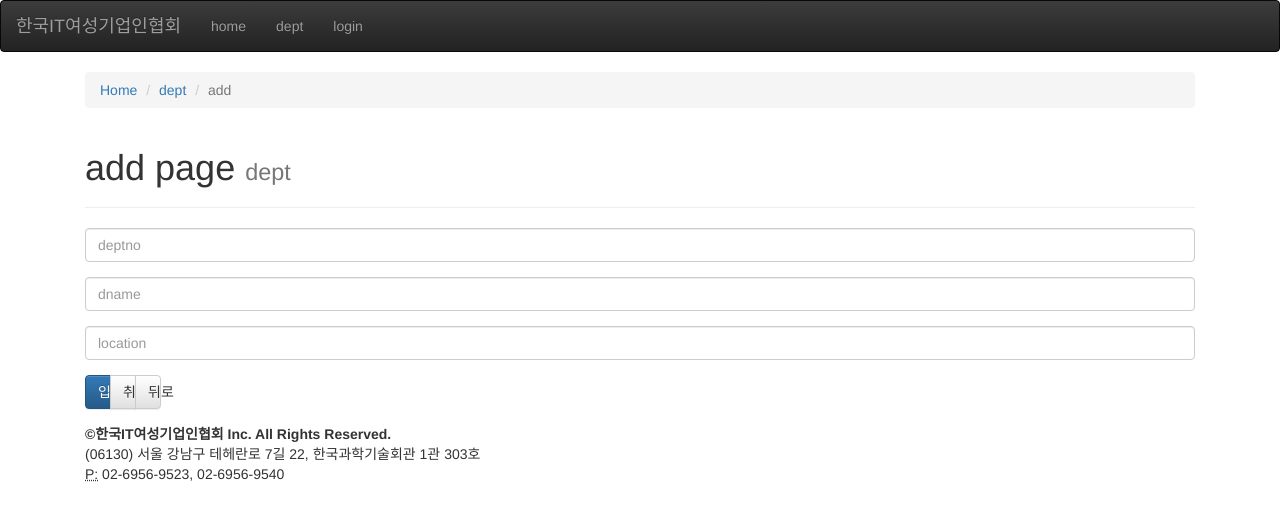
Repository: minho00123/sw-professional-training
Page: http://localhost/sts06/WEB-INF/views/dept/add.jsp
These files come from the project's save history. The page is drawn as it stood at one moment and after the next save; the edit follows.
The browser window is 1280 px wide. The pictures show the whole page.
The page is served by Tomcat 9. Nobody is signed in. Other server files are loaded and not shown. The template is opened directly, without the code that normally fills it, so the values that code supplies are empty.

Above is the page before, as saved 2025-05-20 07:37:38.
Console error (its wording comes from the project's code and is left out).

### stsWorkspace/sts06/src/main/webapp/WEB-INF/views/dept/add.jsp
<%@ page language="java" contentType="text/html; charset=UTF-8"
	pageEncoding="UTF-8"%>
<!DOCTYPE html>
<html>
<head>
<meta charset="UTF-8">
<title>Insert title here</title>
<%@ include file="../layout/header.jspf"%>
</head>
<body>
	<%@ include file="../layout/menu.jspf"%>
	<ol class="breadcrumb">
		<li><a href="${pageContext.request.contextPath }/">Home</a></li>
		<li><a href="${pageContext.request.contextPath }/dept/">dept</a></li>
		<li class="active">add</a></li>
	</ol>
	<div class="page-header">
		<h1>
			add page <small>dept</small>
		</h1>
	</div>
	<form action="add" method="post">
		<div class="form-group">
			<label class="sr-only"></label><input name="deptno"
				class="form-control" placeholder="deptno">
		</div>
		<div class="form-group">
			<label class="sr-only"></label><input name="dname"
				class="form-control" placeholder="dname">
		</div>
		<div class="form-group">
			<label class="sr-only"></label><input name="loc" class="form-control"
				placeholder="location">
		</div>
		<div class="form-group">
			<div class="btn-group btn-group-justified" role="group"
				aria-label="...">
				<button class="btn btn-primary" type="submit">입력</button>
				<button class="btn btn-default" type="reset">취소</button>
				<button class="btn btn-default" type="button"
					onclick="history.back();">뒤로</button>
			</div>
		</div>
	</form>
	<%@ include file="../layout/footer.jspf"%>
</body>
</html>

### stsWorkspace/sts06/src/main/webapp/WEB-INF/views/layout/header.jspf
<%@ page language="java" contentType="text/html; charset=UTF-8"
    pageEncoding="UTF-8"%>
<%@ taglib prefix="c" uri="http://java.sun.com/jsp/jstl/core"%>
<!-- Latest compiled and minified CSS -->
<link rel="stylesheet"
	href="https://cdn.jsdelivr.net/npm/bootstrap@3.4.1/dist/css/bootstrap.min.css"
	integrity="sha384-HSMxcRTRxnN+Bdg0JdbxYKrThecOKuH5zCYotlSAcp1+c8xmyTe9GYg1l9a69psu"
	crossorigin="anonymous">

<!-- Optional theme -->
<link rel="stylesheet"
	href="https://cdn.jsdelivr.net/npm/bootstrap@3.4.1/dist/css/bootstrap-theme.min.css"
	integrity="sha384-6pzBo3FDv/PJ8r2KRkGHifhEocL+1X2rVCTTkUfGk7/0pbek5mMa1upzvWbrUbOZ"
	crossorigin="anonymous">

<!-- Latest compiled and minified JavaScript -->
<script
	src="https://cdn.jsdelivr.net/npm/bootstrap@3.4.1/dist/js/bootstrap.min.js"
	integrity="sha384-aJ21OjlMXNL5UyIl/XNwTMqvzeRMZH2w8c5cRVpzpU8Y5bApTppSuUkhZXN0VxHd"
	crossorigin="anonymous"></script>

<!-- jQuery (necessary for Bootstrap's JavaScript plugins) -->
<script src="https://code.jquery.com/jquery-1.12.4.min.js"
	integrity="sha384-nvAa0+6Qg9clwYCGGPpDQLVpLNn0fRaROjHqs13t4Ggj3Ez50XnGQqc/r8MhnRDZ"
	crossorigin="anonymous"></script>

### stsWorkspace/sts06/src/main/webapp/WEB-INF/views/layout/menu.jspf
<%@ page language="java" contentType="text/html; charset=UTF-8"
    pageEncoding="UTF-8"%>
<nav class="navbar navbar-inverse">
		<div class="container-fluid">
			<div class="navbar-header">
				<a class="navbar-brand" href="${pageContext.request.contextPath }/">
					한국IT여성기업인협회 </a>
			</div>
			<div class="collapse navbar-collapse"
				id="bs-example-navbar-collapse-1">
				<ul class="nav navbar-nav">
					<li><a href="${pageContext.request.contextPath }/">home</a></li>
					<li><a href="${pageContext.request.contextPath }/dept/">dept</a></li>
					<li><a href="${pageContext.request.contextPath }/login/">login</a></li>
				</ul>
			</div>
		</div>
	</nav>
	<div class="container">
		<div class="col-md-12">
			<!-- begin -->

### stsWorkspace/sts06/src/main/webapp/WEB-INF/views/layout/footer.jspf
<%@ page language="java" contentType="text/html; charset=UTF-8"
    pageEncoding="UTF-8"%>
			<!-- end -->
		</div>
		<div class="col-md-12">
			<address>
				<strong>©한국IT여성기업인협회 Inc. All Rights Reserved.</strong><br>
				(06130) 서울 강남구 테헤란로 7길 22, 한국과학기술회관 1관 303호 <br> <abbr
					title="Phone">P:</abbr> 02-6956-9523, 02-6956-9540
			</address>
		</div>
	</div>

After the next save:
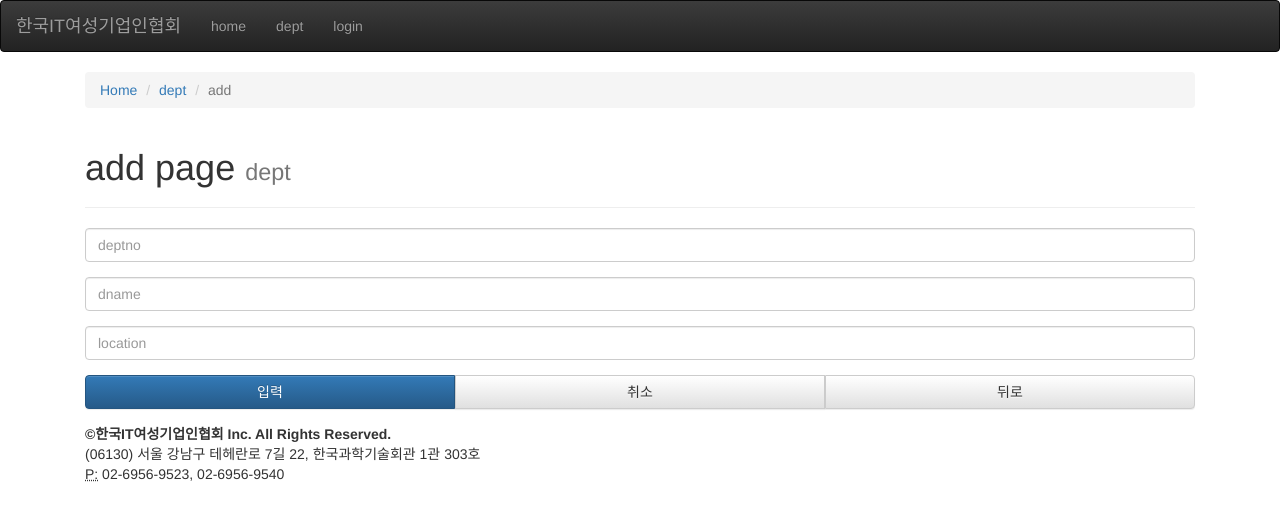
Saved 25 s later.
--- a/stsWorkspace/sts06/src/main/webapp/WEB-INF/views/dept/add.jsp
+++ b/stsWorkspace/sts06/src/main/webapp/WEB-INF/views/dept/add.jsp
@@ -35,10 +35,16 @@
 		<div class="form-group">
 			<div class="btn-group btn-group-justified" role="group"
 				aria-label="...">
-				<button class="btn btn-primary" type="submit">입력</button>
-				<button class="btn btn-default" type="reset">취소</button>
-				<button class="btn btn-default" type="button"
-					onclick="history.back();">뒤로</button>
+				<div class="btn-group" role="group">
+					<button class="btn btn-primary" type="submit">입력</button>
+				</div>
+				<div class="btn-group" role="group">
+					<button class="btn btn-default" type="reset">취소</button>
+				</div>
+				<div class="btn-group" role="group">
+					<button class="btn btn-default" type="button"
+						onclick="history.back();">뒤로</button>
+				</div>
 			</div>
 		</div>
 	</form>
